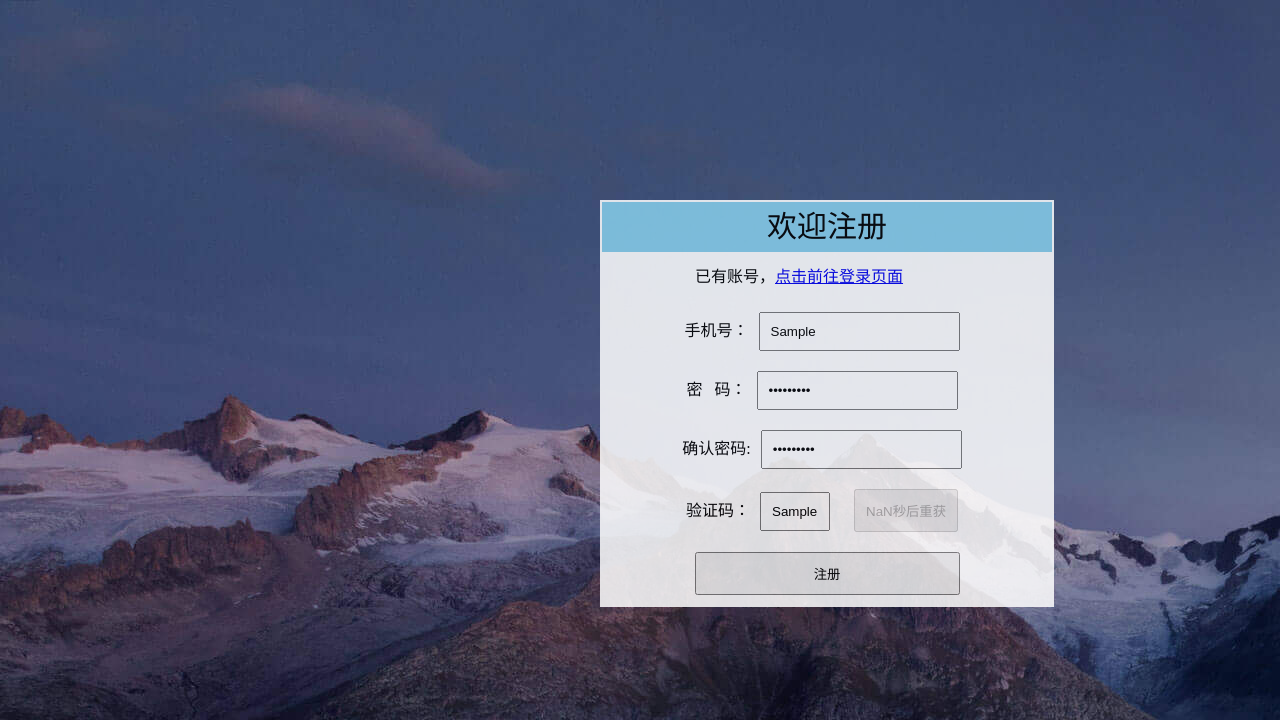
Repository: Gale-student/Gale-student.github.io
Page: http://localhost/weshop/UserRegister.jsp
An editor plug-in stored every save of this project. The page is shown before and after the next save, followed by the edit.
The browser window is 1280 px wide. The pictures show the whole page.
Empty fields were first filled with sample values (such as "Sample", 5 or name@example.com).
After loading, the first visible `#sendinput` was clicked once.
The page is served by Tomcat 9.

Above is the page before, as saved 2022-10-07 06:08:09.

After the next save:
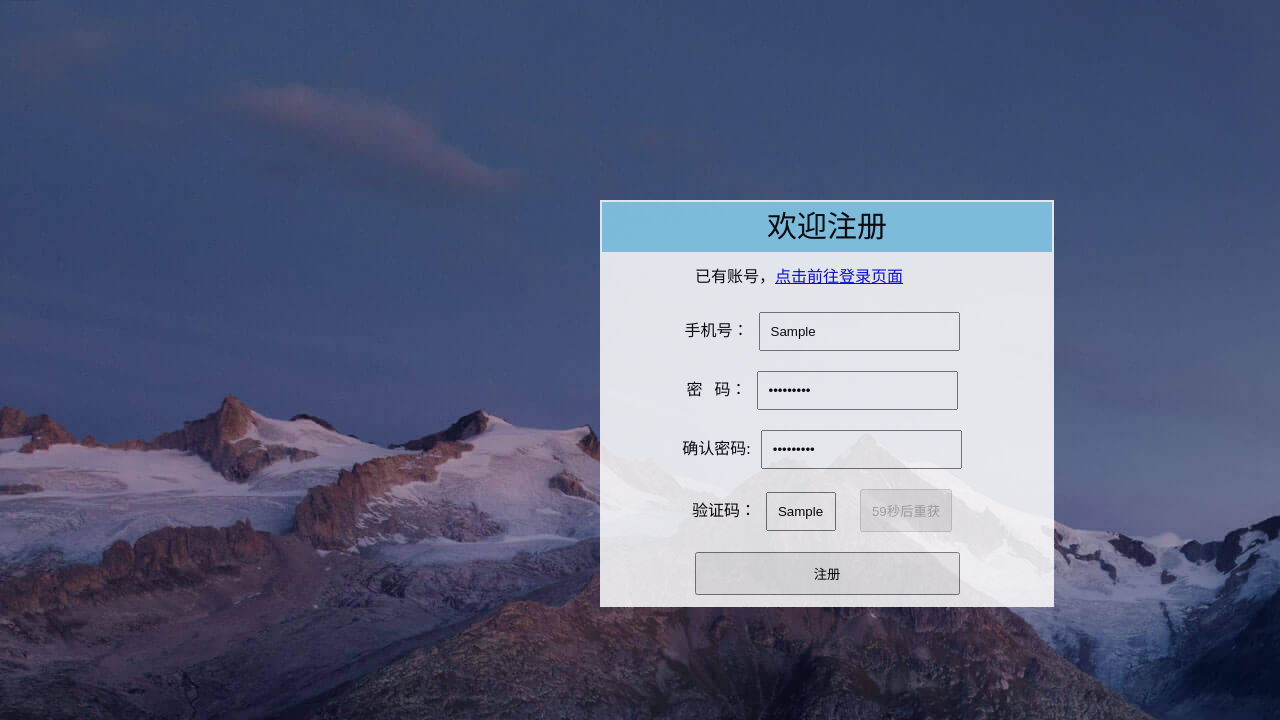
Saved 105 s later.
--- a/WeShop/weshop/WebRoot/UserRegister.jsp
+++ b/WeShop/weshop/WebRoot/UserRegister.jsp
@@ -149,6 +149,7 @@ String basePath = request.getScheme()+"://"+request.getServerName()+":"+request.
 		var curCount;//当前剩余秒数
         var SendIn = document.getElementById("sendinput");
         SendIn.onclick = function(){
+            curCount = count;
 	        SendIn.setAttribute("disabled",true);
 	        SendIn.value=curCount + "秒后重获";
 	        var uid = uidIn.value;
